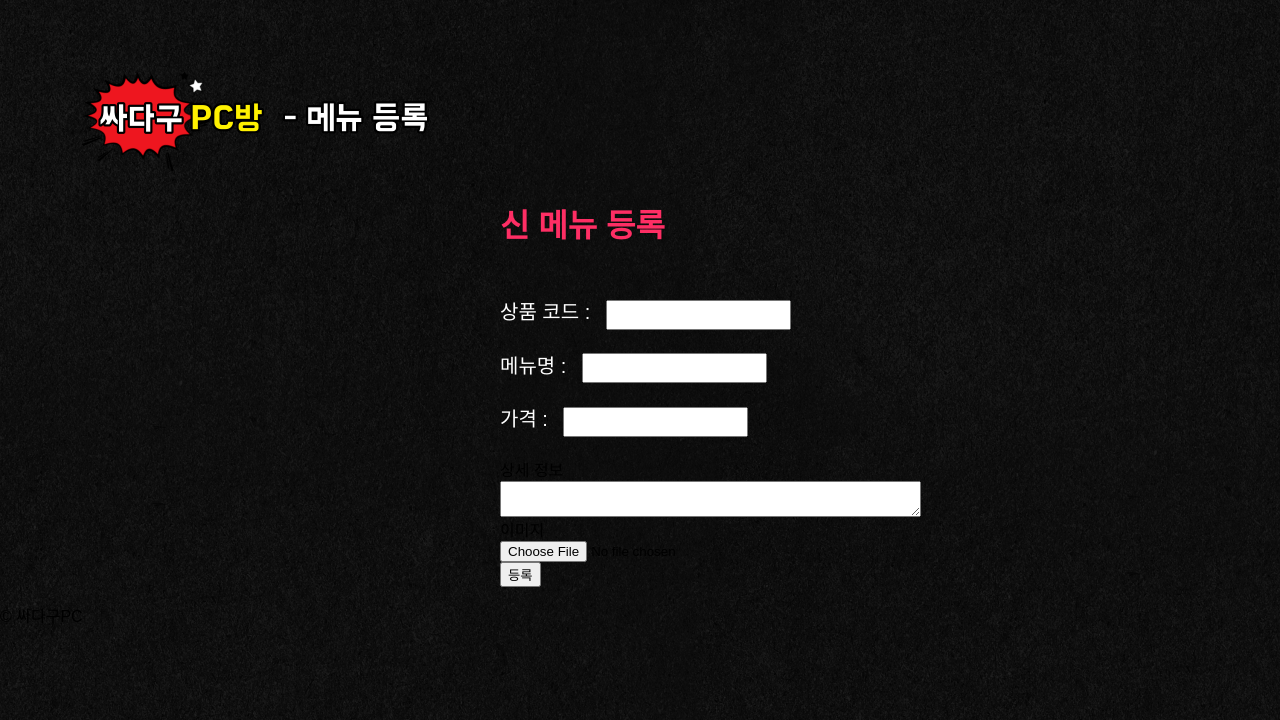
Repository: lkwoung/webProject-assignment
Page: http://localhost/CheapPC/addMenu.jsp
An editor plug-in stored every save of this project. The page is shown before and after the next save, followed by the edit.
The browser window is 1280 px wide. The pictures show the whole page.
Some web fonts or font styles are not loaded; a fallback is used. The page is served by Tomcat 9.

Above is the page before, as saved 2020-12-13 14:53:16.

After the next save:
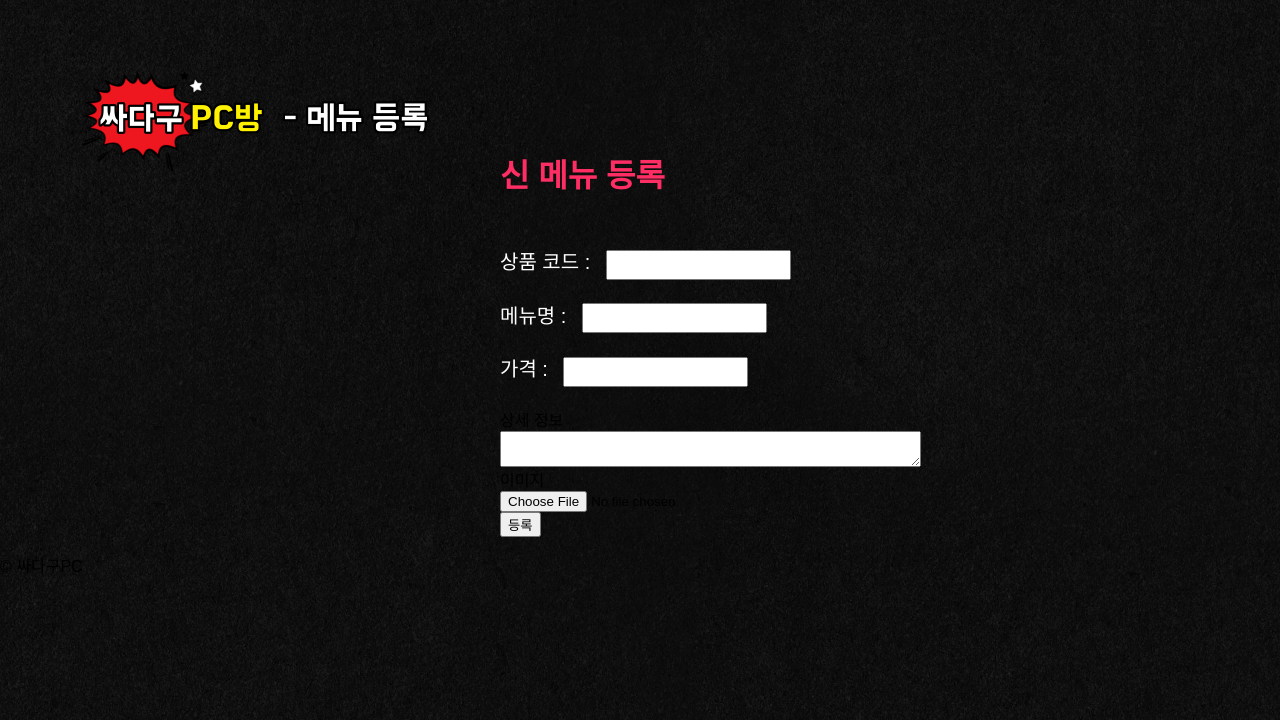
Saved 9 s later.
--- a/CheapPC/WebContent/addMenu.jsp
+++ b/CheapPC/WebContent/addMenu.jsp
@@ -7,7 +7,7 @@
 <title>메뉴 추가</title>
 </head>
 <body>
-<div style="margin-top:200px; margin-left:500px;" >
+<div style="margin-top:150px; margin-left:500px;" >
 <h1 style="color:#FE2E64; margin-bottom:50px;">신 메뉴 등록 </h1>
 	<form name = "newProduct" action="./processAddBook.jsp" method = "post">
 	<div style="color:#fff; font-size:20px;">
